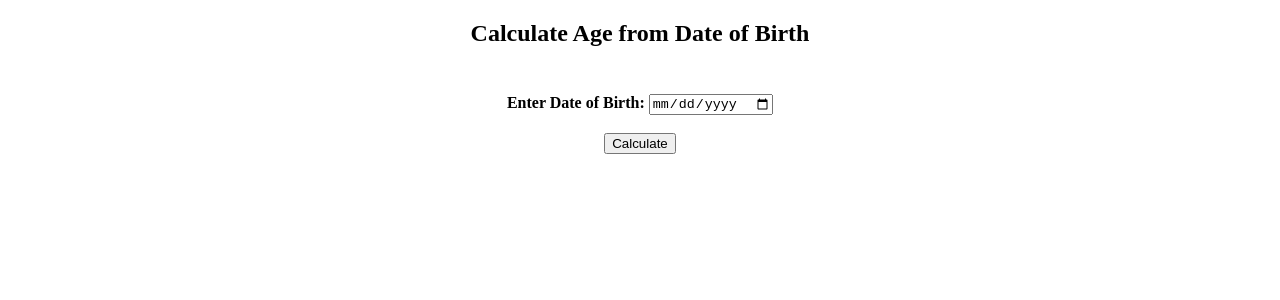
Repository: HoangDuy315/web-dev2022
Page: hw151022/ex2/ex2.4/index.html
The author's editor kept a copy of each file at every save. The page is drawn from the files as they stood at one save, then again after the next save.
The browser window is 1280 px wide. The pictures show the whole page.

Above is the page before, as saved 2022-10-15 15:21:07.

### hw151022/ex2/ex2.4/index.html
<!DOCTYPE html>
<html lang="en">
<head>
    <meta charset="UTF-8">
    <meta http-equiv="X-UA-Compatible" content="IE=edge">
    <meta name="viewport" content="width=device-width, initial-scale=1.0">
    <link rel="stylesheet" href="./style.css">
    <title>Document</title>
<head>
<script>
function ageCalculator() {
    var userinput = document.getElementById("DOB").value;
    var dob = new Date(userinput);
    if(userinput==null || userinput=='') {
      document.getElementById("message").innerHTML = "**Choose a date please!";
      return false;
    } else {

    //calculate month difference from current date in time
    var month_diff = Date.now() - dob.getTime();

    //convert the calculated difference in date format
    var age_dt = new Date(month_diff);

    //extract year from date
    var year = age_dt.getUTCFullYear();

    //now calculate the age of the user
    var age = Math.abs(year - 1970);

    //display the calculated age
    return document.getElementById("result").innerHTML =
             "Age is: " + age + " years. ";
    }
}
</script>
</head>
<body>
<center>
<h2 style="color: 32A80F" align="center"> Calculate Age from Date of Birth <br> <br> </h2>

<!-- Choose a date and enter in input field -->
<b> Enter Date of Birth: <input type=date id = DOB> </b>
<span id = "message" style="color:red"> </span> <br><br>

<!-- Choose a date and enter in input field -->
<button type="submit" onclick = "ageCalculator()"> Calculate </button> <br><br>
<h3 style="color:32A80F" id="result" align="center"></h3>
</center>
</body>
</html>

### hw151022/ex2/ex2.4/style.css
.form {
  display: flex;
  align-items: center;
  justify-content: center;
  flex-direction: column;
  margin-top: 200px;
}

After the next save:
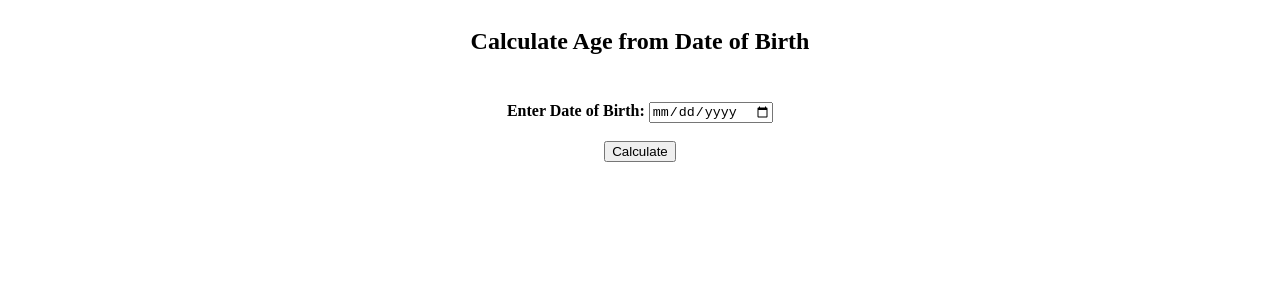
Saved 34 s later.
--- a/hw151022/ex2/ex2.4/style.css
+++ b/hw151022/ex2/ex2.4/style.css
@@ -1,7 +1,6 @@
-.form {
+body {
   display: flex;
   align-items: center;
   justify-content: center;
   flex-direction: column;
-  margin-top: 200px;
 }
